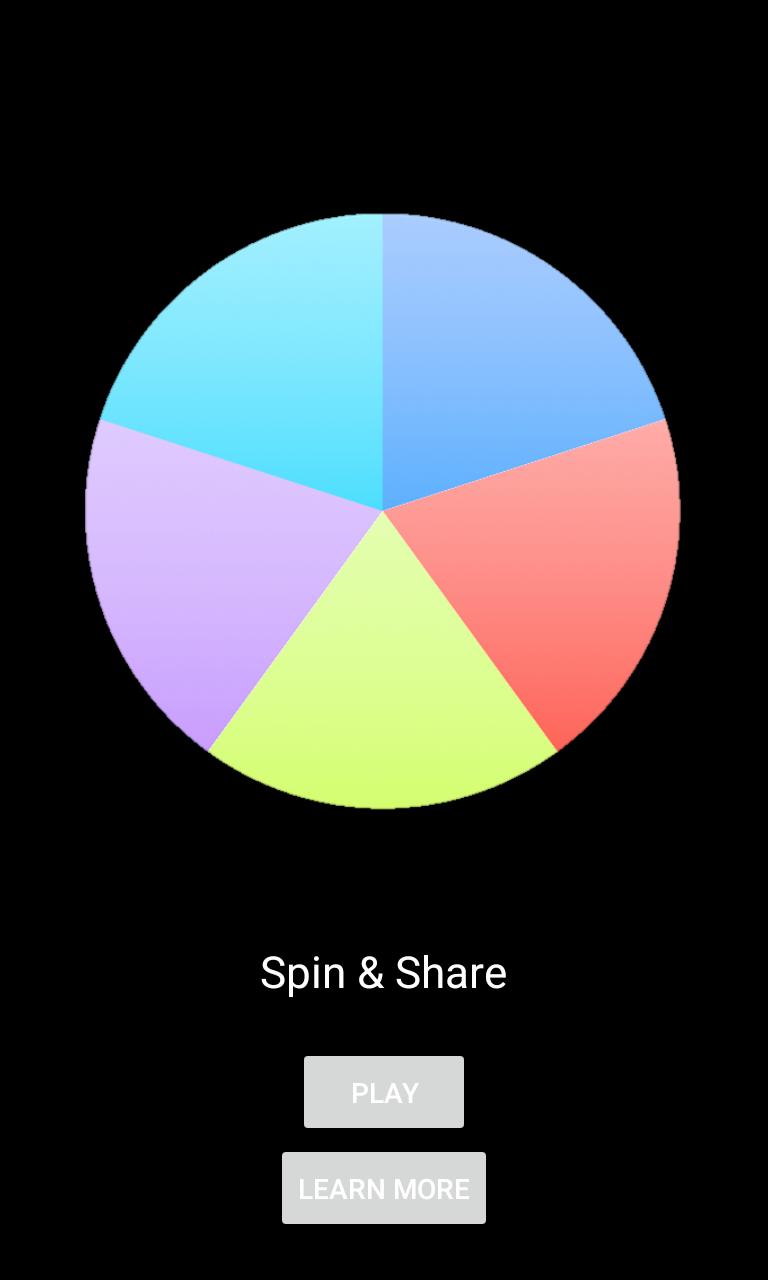
Repository: nkarthikeyan/SpinShare
Layout: SpinShareV1/res/layout/fragment_main.xml
The author's editor kept a copy of each file at every save. The layout is drawn from the files as they stood at one save, then again after the next save.
It is drawn on a 768 x 1280 px phone screen (xhdpi) without system bars, with theme AppTheme; the app's code is not run.

Above is the layout before, as saved 2015-07-07 14:20:24.

After the next save:
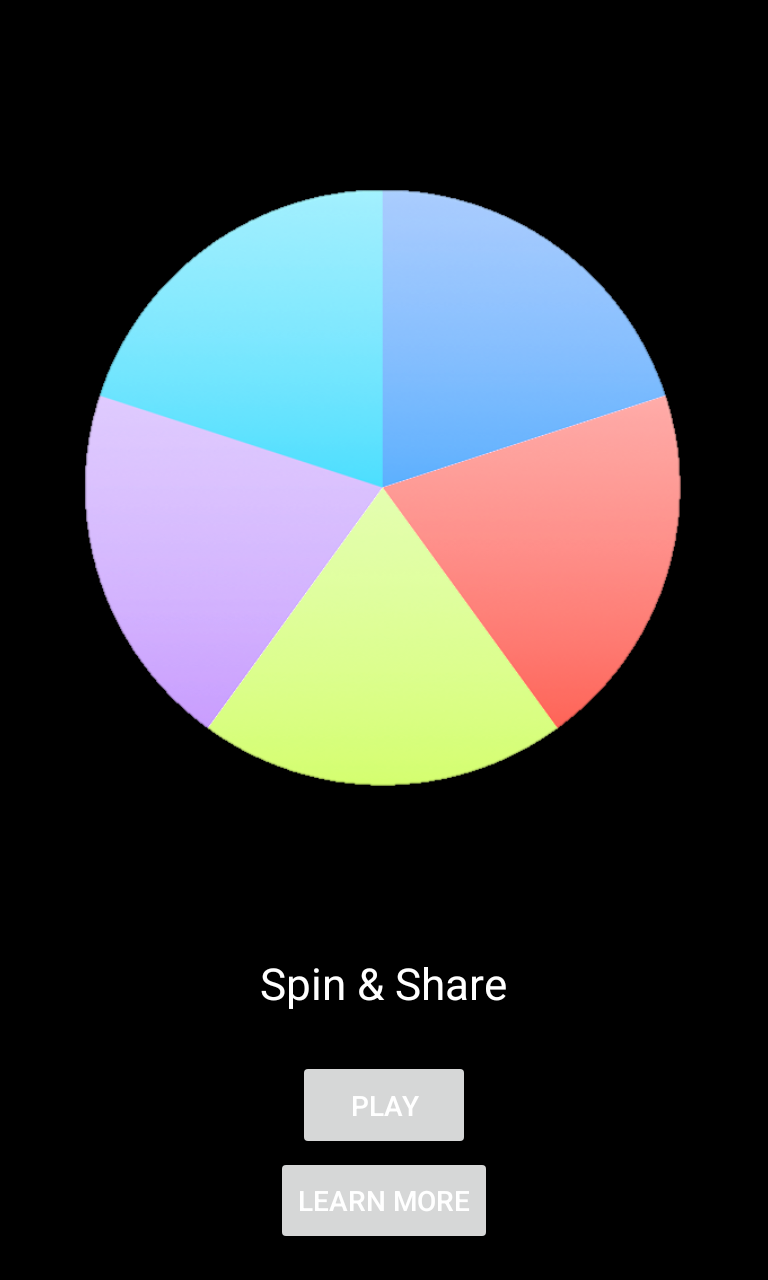
Saved 4 min 13 s later.
--- a/SpinShareV1/res/layout/fragment_main.xml
+++ b/SpinShareV1/res/layout/fragment_main.xml
@@ -9,36 +9,15 @@
     android:background="#000000"
     tools:context="edu.rutgers.spinsharev1.MainActivity$PlaceholderFragment" >
 
-    <TextView
-        android:id="@+id/Spin"
-        android:layout_width="wrap_content"
-        android:layout_height="wrap_content"
-        android:layout_alignParentBottom="true"
-        android:layout_centerHorizontal="true"
-        android:layout_marginBottom="124dp"
-        android:text="Spin &amp; Share"
-        android:textAppearance="?android:attr/textAppearanceLarge"
-        android:textColor="#ffffff" />
-
     <ImageView
         android:id="@+id/wheel"
         android:layout_width="wrap_content"
         android:layout_height="wrap_content"
-        android:layout_alignBottom="@+id/Spin"
+        android:layout_above="@+id/Spin"
         android:layout_alignParentLeft="true"
         android:layout_alignParentRight="true"
         android:layout_alignParentTop="true"
         android:src="@drawable/wheel" />
-
-    <Button
-        android:id="@+id/Play"
-        android:layout_width="wrap_content"
-        android:layout_height="wrap_content"
-        android:layout_below="@+id/wheel"
-        android:layout_centerHorizontal="true"
-        android:layout_marginTop="22dp"
-        android:text="Play"
-        android:textColor="#ffffff" />
 
     <Button
         android:id="@+id/Learn"
@@ -50,4 +29,25 @@
         android:text="Learn More"
         android:textColor="#ffffff" />
 
+    <Button
+        android:id="@+id/Play"
+        android:layout_width="wrap_content"
+        android:layout_height="wrap_content"
+        android:layout_alignTop="@+id/Spin"
+        android:layout_centerHorizontal="true"
+        android:layout_marginTop="52dp"
+        android:text="Play"
+        android:textColor="#ffffff" />
+
+    <TextView
+        android:id="@+id/Spin"
+        android:layout_width="wrap_content"
+        android:layout_height="wrap_content"
+        android:layout_alignParentBottom="true"
+        android:layout_centerHorizontal="true"
+        android:layout_marginBottom="118dp"
+        android:text="Spin &amp; Share"
+        android:textAppearance="?android:attr/textAppearanceLarge"
+        android:textColor="#ffffff" />
+
 </RelativeLayout>
